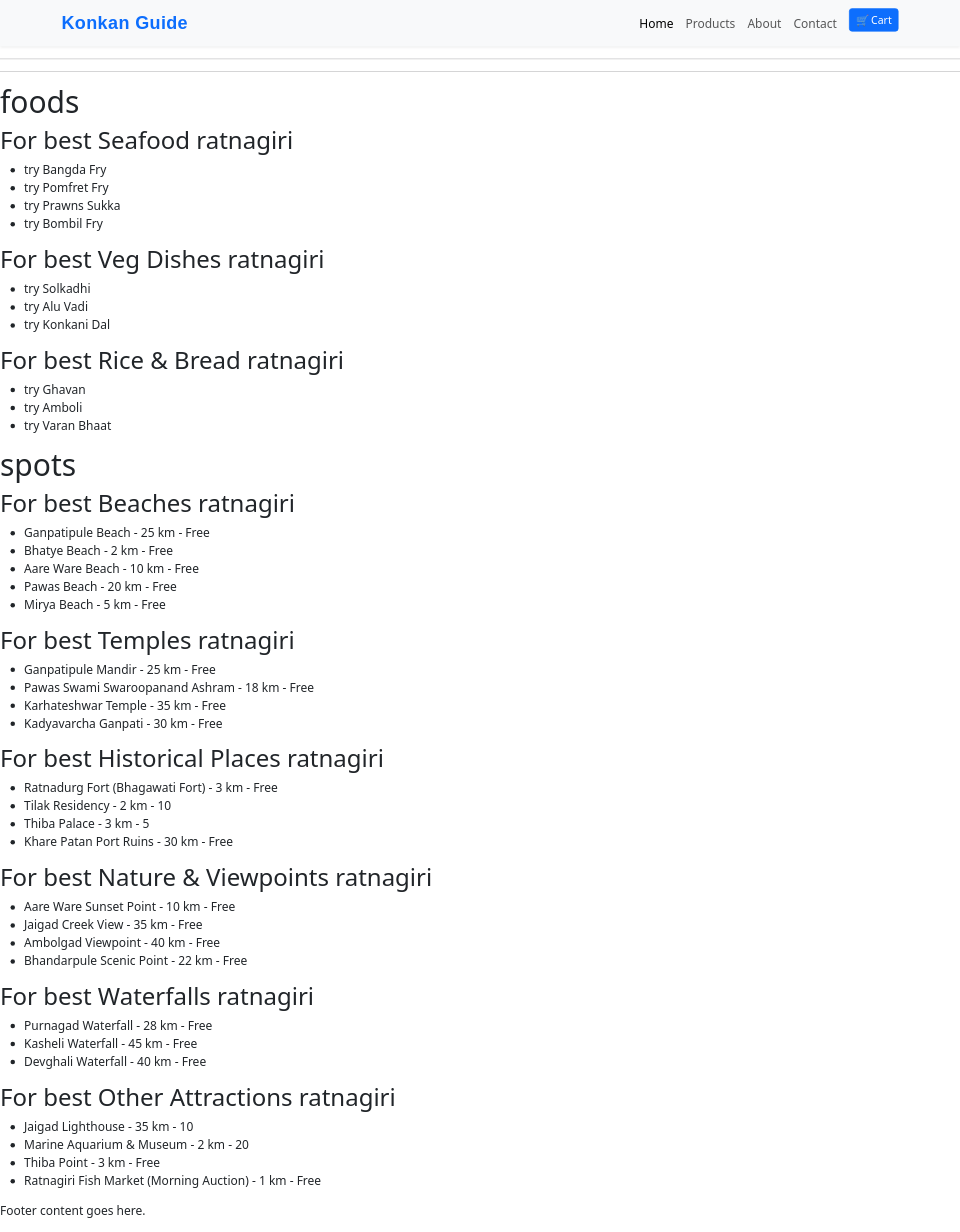
Repository: Indranil-sawant/konkan
Page: http://localhost/
These files come from the project's save history. The page is drawn as it stood at one moment and after the next save; the edit follows.
The browser window is 1280 px wide. The pictures show the whole page, at 75% of full size.
The page is served by the project's application, run on Django 5.2 (manage.py). Other server files are loaded and not shown.

Above is the page before, as saved 2025-11-13 14:15:51.

### food/templates/food/index.html
{% extends "base.html" %}


<!DOCTYPE html>
<!--[if lt IE 7]>      <html class="no-js lt-ie9 lt-ie8 lt-ie7"> <![endif]-->
<!--[if IE 7]>         <html class="no-js lt-ie9 lt-ie8"> <![endif]-->
<!--[if IE 8]>         <html class="no-js lt-ie9"> <![endif]-->
<!--[if gt IE 8]>      <html class="no-js"> <!--<![endif]-->
<html>
    <head>
        <meta charset="utf-8">
        <meta http-equiv="X-UA-Compatible" content="IE=edge">
        <title>index </title>
        <meta name="description" content="">
        <meta name="viewport" content="width=device-width, initial-scale=1">
        <link rel="stylesheet" href="">
    </head>
    <body>

{% block content %}
         <h1>foods</h1>
         {% for category, items in foods.items %}
        <h2> For best {{ category }} ratnagiri</h2>
        <ul>
            {% for item in items %}
                <li> try {{ item }}</li>
            {% endfor %}
        </ul>
    {% endfor %}
    <h1>spots</h1>
    {% for category, items in spots.items %}
        <h2> For best {{ category }} ratnagiri</h2>
        <ul>
            {% for item in items %}
                <li>{{ item.name }} - {{ item.distance_km }} km - {{ item.rate }}</li>
            {% endfor %}
        </ul>
    {% endfor %}

{% endblock content %}



        <script src="" async defer></script>
    </body>
</html>

### templates/base.html
<!DOCTYPE html>
<!--[if lt IE 7]>      <html class="no-js lt-ie9 lt-ie8 lt-ie7"> <![endif]-->
<!--[if IE 7]>         <html class="no-js lt-ie9 lt-ie8"> <![endif]-->
<!--[if IE 8]>         <html class="no-js lt-ie9"> <![endif]-->
<!--[if gt IE 8]>      <html class="no-js"> <!--<![endif]-->
<html>
    <head>
        <meta charset="utf-8">
        <meta http-equiv="X-UA-Compatible" content="IE=edge">
        <title></title>
        <meta name="description" content="">
        <meta name="viewport" content="width=device-width, initial-scale=1">
        <link rel="stylesheet" href="">
    </head>
    <body>
       {% include "navbar.html" %}

        {% block content %}

       {% endblock content %}

    </body>


    <footer>
        <p>Footer content goes here.</p>
    </footer>
</html>

### templates/navbar.html
<link href="https://cdn.jsdelivr.net/npm/bootstrap@5.3.3/dist/css/bootstrap.min.css" rel="stylesheet">
<script src="https://cdn.jsdelivr.net/npm/bootstrap@5.3.3/dist/js/bootstrap.bundle.min.js"></script>


<!-- Navbar Start -->
<!-- Navbar Start -->
<nav class="navbar navbar-expand-lg navbar-light bg-light shadow-sm">
  <div class="container">
    <!-- Brand -->
    <a class="navbar-brand fw-bold text-primary" href="#">
      Konkan Guide
    </a>

    <!-- Mobile toggle -->
    <button class="navbar-toggler" type="button" data-bs-toggle="collapse" data-bs-target="#navbarNav"
      aria-controls="navbarNav" aria-expanded="false" aria-label="Toggle navigation">
      <span class="navbar-toggler-icon"></span>
    </button>

    <!-- Nav links -->
    <div class="collapse navbar-collapse justify-content-end" id="navbarNav">
      <ul class="navbar-nav mb-2 mb-lg-0">
        <li class="nav-item">
          <a class="nav-link active" href="#">Home</a>
        </li>
        <li class="nav-item">
          <a class="nav-link" href="#">Products</a>
        </li>
        <li class="nav-item">
          <a class="nav-link" href="#">About</a>
        </li>
        <li class="nav-item">
          <a class="nav-link" href="#">Contact</a>
        </li>
        <li class="nav-item">
          <a class="btn btn-primary btn-sm ms-2" href="#">🛒 Cart</a>
        </li>
      </ul>
    </div>
  </div>
</nav>
<!-- Navbar End -->

<!-- Navbar End -->
<hr>
<hr>

<style>
    .navbar-brand {
  font-family: 'Poppins', sans-serif;
  font-size: 1.5rem;
  letter-spacing: 0.5px;
}

.nav-link {
  font-weight: 500;
  transition: color 0.3s;
}

.nav-link:hover,
.nav-link.active {
  color: #007bff;
}
</style>

### food/views.py
from django.shortcuts import render
from django.http import HttpResponse
from .data.spots     import foods, spots
# Create your views here.


def home(request):
    context = {
        'foods': foods,
        'spots': spots
    }
    return render(request, 'food/index.html', context)

def home2(request, pk):
    return render(request, 'food/about.html',)

### konkan_guide/urls.py
"""
URL configuration for konkan_guide project.

The `urlpatterns` list routes URLs to views. For more information please see:
    https://docs.djangoproject.com/en/5.2/topics/http/urls/
Examples:
Function views
    1. Add an import:  from my_app import views
    2. Add a URL to urlpatterns:  path('', views.home, name='home')
Class-based views
    1. Add an import:  from other_app.views import Home
    2. Add a URL to urlpatterns:  path('', Home.as_view(), name='home')
Including another URLconf
    1. Import the include() function: from django.urls import include, path
    2. Add a URL to urlpatterns:  path('blog/', include('blog.urls'))
"""
from django.contrib import admin
from django.urls import path , include
from food.views import home , home2
urlpatterns = [
    path('admin/', admin.site.urls),
    path('', include('food.urls')),
]

### food/urls.py
from django.urls import path
from . import views
urlpatterns = [
    path('', views.home, name='home'),
    path('second/<str:pk>/', views.home2, name='home2'),
]

### food/data/spots.py
foods = {
        "Seafood": [
            "Bangda Fry",
            "Pomfret Fry",
            "Prawns Sukka",
            "Bombil Fry",
        ],
        "Veg Dishes": [
            "Solkadhi",
            "Alu Vadi",
            "Konkani Dal",
        ],
        "Rice & Bread": [
            "Ghavan",
            "Amboli",
            "Varan Bhaat",
        ],
    }

spots = {
    "Beaches": [
        {
            "name": "Ganpatipule Beach",
            "distance_km": 25,
            "rate": "Free"
        },
        {
            "name": "Bhatye Beach",
            "distance_km": 2,
            "rate": "Free"
        },
        {
            "name": "Aare Ware Beach",
            "distance_km": 10,
            "rate": "Free"
        },
        {
            "name": "Pawas Beach",
            "distance_km": 20,
            "rate": "Free"
        },
        {
            "name": "Mirya Beach",
            "distance_km": 5,
            "rate": "Free"
        }
    ],

    "Temples": [
        {
            "name": "Ganpatipule Mandir",
            "distance_km": 25,
            "rate": "Free"
        },
        {
            "name": "Pawas Swami Swaroopanand Ashram",
            "distance_km": 18,
            "rate": "Free"
        },
        {
            "name": "Karhateshwar Temple",
            "distance_km": 35,
            "rate": "Free"
        },
        {
            "name": "Kadyavarcha Ganpati",
            "distance_km": 30,
            "rate": "Free"
        }
    ],

    "Historical Places": [
        {
            "name": "Ratnadurg Fort (Bhagawati Fort)",
            "distance_km": 3,
            "rate": "Free"
        },
        {
            "name": "Tilak Residency",
            "distance_km": 2,
            "rate": 10
        },
        {
            "name": "Thiba Palace",
            "distance_km": 3,
            "rate": 5
        },
        {
            "name": "Khare Patan Port Ruins",
            "distance_km": 30,
            "rate": "Free"
        }
    ],

    "Nature & Viewpoints": [
        {
            "name": "Aare Ware Sunset Point",
            "distance_km": 10,
            "rate": "Free"
        },
        {
            "name": "Jaigad Creek View",
            "distance_km": 35,
            "rate": "Free"
        },
        {
            "name": "Ambolgad Viewpoint",
            "distance_km": 40,
            "rate": "Free"
        },
        {
            "name": "Bhandarpule Scenic Point",
            "distance_km": 22,
            "rate": "Free"
        }
    ],

    "Waterfalls": [
        {
            "name": "Purnagad Waterfall",
            "distance_km": 28,
            "rate": "Free"
        },
        {
            "name": "Kasheli Waterfall",
            "distance_km": 45,
            "rate": "Free"
        },
        {
            "name": "Devghali Waterfall",
            "distance_km": 40,
            "rate": "Free"
        }
    ],

    "Other Attractions": [
        {
            "name": "Jaigad Lighthouse",
            "distance_km": 35,
            "rate": 10
        },
        {
            "name": "Marine Aquarium & Museum",
            "distance_km": 2,
            "rate": 20
        },
        {
            "name": "Thiba Point",
            "distance_km": 3,
            "rate": "Free"
        },
        {
            "name": "Ratnagiri Fish Market (Morning Auction)",
            "distance_km": 1,
            "rate": "Free"
        }
    ]
}

After the next save:
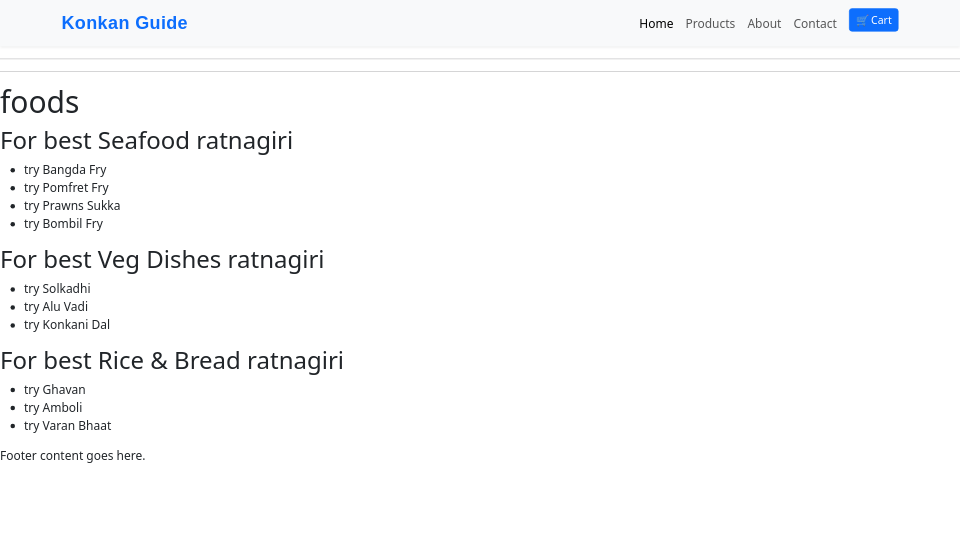
Saved 12 s later.
--- a/food/templates/food/index.html
+++ b/food/templates/food/index.html
@@ -27,16 +27,6 @@
             {% endfor %}
         </ul>
     {% endfor %}
-    <h1>spots</h1>
-    {% for category, items in spots.items %}
-        <h2> For best {{ category }} ratnagiri</h2>
-        <ul>
-            {% for item in items %}
-                <li>{{ item.name }} - {{ item.distance_km }} km - {{ item.rate }}</li>
-            {% endfor %}
-        </ul>
-    {% endfor %}
-
 {% endblock content %}
 
 
